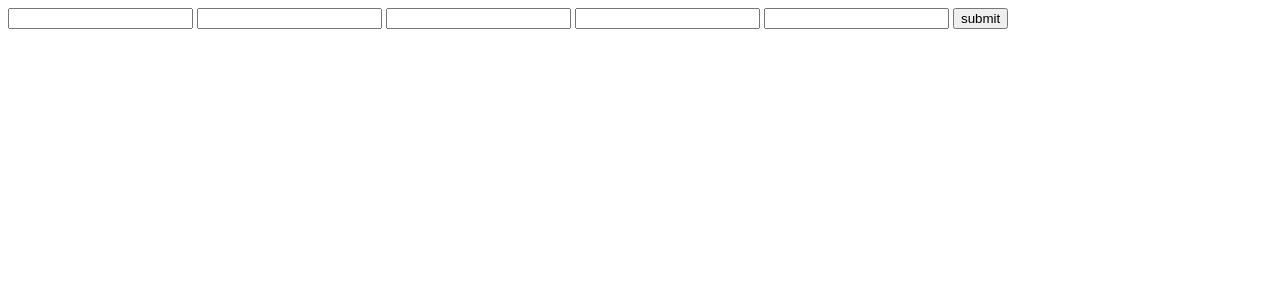
Repository: Pradeep4802/utopiatech
Page: http://localhost/DevelearnUSerManagement/Program.jsp
These files come from the project's save history. The page is drawn as it stood at one moment and after the next save; the edit follows.
The browser window is 1280 px wide. The pictures show the whole page.
The page is served by Tomcat 9. Other server files are loaded and not shown.

Above is the page before, as saved 2023-10-10 14:21:01.

### eclipse-workspace/DevelearnUSerManagement/src/main/webapp/Program.jsp
<%@ page language="java" contentType="text/html; charset=UTF-8"
    pageEncoding="UTF-8"%>
<!DOCTYPE html>
<html>
<head>
<meta charset="UTF-8">
<title>Even and Odd</title>
</head>
<body>
	<form action="UserServlet" method="post">
		<input type="text" name="num1" />
		<input type="text" name="num2" />
		<input type="text" name="num3" />
		<input type="text" name="num4" />
		<input type="text" name="num5" />
		<input type="submit" value="submit" />
	</form>
</body>
</html>

After the next save:
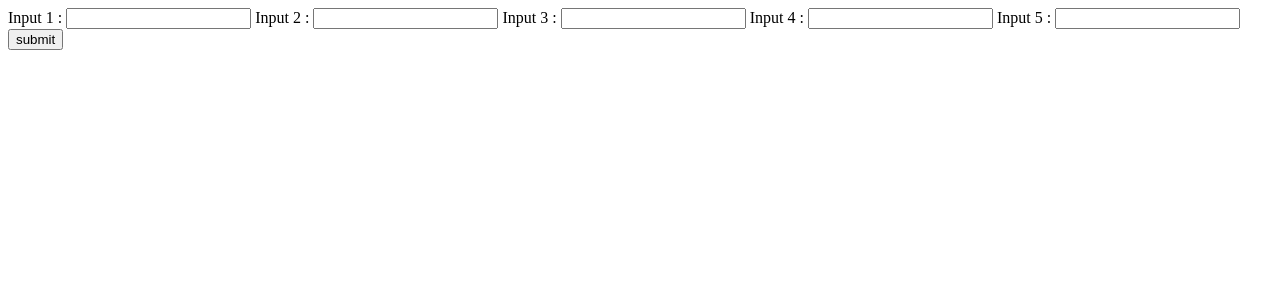
Saved 76 s later.
--- a/eclipse-workspace/DevelearnUSerManagement/src/main/webapp/Program.jsp
+++ b/eclipse-workspace/DevelearnUSerManagement/src/main/webapp/Program.jsp
@@ -8,11 +8,11 @@
 </head>
 <body>
 	<form action="UserServlet" method="post">
-		<input type="text" name="num1" />
-		<input type="text" name="num2" />
-		<input type="text" name="num3" />
-		<input type="text" name="num4" />
-		<input type="text" name="num5" />
+		<label>Input 1 : </label><input type="text" name="num1" />
+		<label>Input 2 : </label><input type="text" name="num2" />
+		<label>Input 3 : </label><input type="text" name="num3" />
+		<label>Input 4 : </label><input type="text" name="num4" />
+		<label>Input 5 : </label><input type="text" name="num5" />
 		<input type="submit" value="submit" />
 	</form>
 </body>
